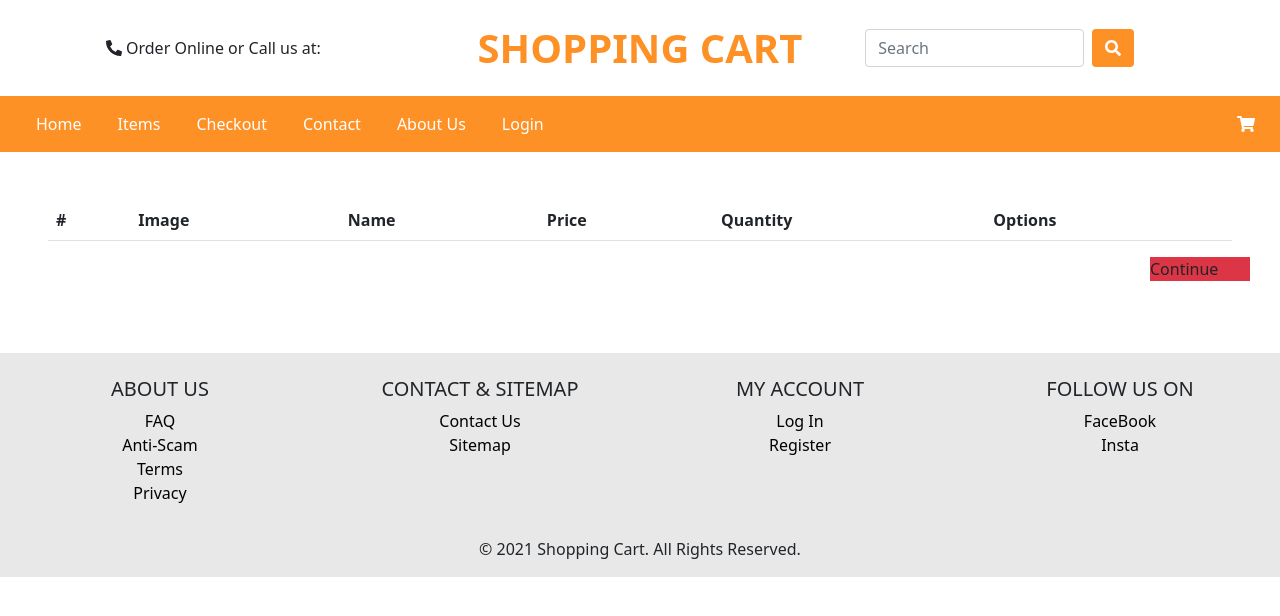
Repository: SaudCh/React-Ecommerce
Page: /cart
An editor plug-in stored every save of this project. The page is shown before and after the next save, followed by the edit.
The browser window is 1280 px wide. The pictures show the whole page.
The project was rebuilt for these pictures with package versions that can differ from the ones it lists, and the page was loaded fresh each time. Also part of the build but not shown: src/App.css, src/Home/Carousel.jsx, src/data/items.js, src/data/discounted.js, src/Home/Card.jsx, src/Home/home.jsx, src/Login/Login.jsx, src/Register/register.jsx and 3 more.

Above is the page before, as saved 2021-12-22 15:28:33.

### src/App.js
import "./App.css";
import Header from "./Header/Header";
import "../node_modules/bootstrap/dist/css/bootstrap.min.css";
import "../node_modules/bootstrap/dist/js/bootstrap.bundle.min";
import Home from "./Home/home";
import { BrowserRouter, Switch, Route } from "react-router-dom";
import Login from "./Login/Login";
import Register from "./Register/register";
import Item from "./Item/item";
import Footer from "./Footer/Footer";
import React, { useState } from "react";
import Cart from "./Cart/Cart";
import CheckOut from "./CheckOut/CheckOut";

function App() {
  const [cart, setCart] = useState([]);
  const cartHandler = (prod) => {
    //console.log(prod);
    setCart((product) => [...product, prod]);
    //console.log(cart);
  };
  const removeCart = (id) => {
    //console.log(id);
    setCart((c) => {
      return c.filter((ca) => ca.id !== id);
    });
  };
  return (
    <BrowserRouter>
      <Header cart={cart} />
      <Switch>
        <Route path="/" exact>
          <Home cartHandler={cartHandler} />
        </Route>
        <Route path="/product/:pid" exact>
          <Item />
        </Route>
        <Route path="/login" exact>
          <Login />
        </Route>
        <Route path="/register" exact>
          <Register />
        </Route>
        <Route path="/cart" exact>
          {/* <Register /> */}
          <Cart cart={cart} removeCart={removeCart} />
        </Route>
        <Route path="/checkout" exact>
          <CheckOut />
        </Route>
      </Switch>
      <Footer />
    </BrowserRouter>
  );
}

export default App;

### src/Header/Header.jsx
import {
  faPhoneAlt,
  faSearch,
  faShoppingCart,
} from "@fortawesome/free-solid-svg-icons";
import { FontAwesomeIcon } from "@fortawesome/react-fontawesome";
import React from "react";
import { Link } from "react-router-dom";
import "./Header.css";

export default function Header(props) {
  return (
    <div>
      <nav className="container-fluid  my-4">
        <div className="row align-items-center">
          <div className="col-12 col-md-4 my-2 my-lg-0 text-center ">
            <p className="m-0 p-0">
              <FontAwesomeIcon icon={faPhoneAlt} /> Order Online or Call us at:{" "}
            </p>
          </div>
          <div className="col-12 col-md-4 my-2 my-lg-0 text-center">
            <p className="m-0 fw-bold h1" style={{ color: "#fe9126" }}>
              SHOPPING CART
            </p>
          </div>
          <div className="col-12 col-md-4 my-2 my-lg-0 text-center">
            <form class="d-flex col-12 col-lg-8">
              <input
                class="form-control me-2"
                type="search"
                placeholder="Search"
                aria-label="Search"
              />
              <button
                class="btn text-white"
                style={{ backgroundColor: "#fe9126" }}
                type="submit"
              >
                <FontAwesomeIcon icon={faSearch} />
              </button>
            </form>
          </div>
        </div>
      </nav>
      <nav
        class="navbar navbar-expand-md navbar-dark"
        style={{ backgroundColor: "#fe9126" }}
      >
        <div class="container-fluid">
          <Link class="navbar-brand" href="#"></Link>

          <button
            class="navbar-toggler"
            type="button"
            data-bs-toggle="collapse"
            data-bs-target="#navbarSupportedContent"
            aria-controls="navbarSupportedContent"
            aria-expanded="false"
            aria-label="Toggle navigation"
          >
            <span class="navbar-toggler-icon"></span>
          </button>
          <div class="collapse navbar-collapse" id="navbarSupportedContent">
            <ul class="navbar-nav me-auto mb-2 mb-lg-0 nav-ul">
              <li class="nav-item">
                <Link class="nav-link  text-white" aria-current="page" to="/">
                  Home
                </Link>
              </li>
              <li class="nav-item">
                <Link class="nav-link  text-white" to="#">
                  Items
                </Link>
              </li>

              <li class="nav-item">
                <Link
                  class="nav-link text-white"
                  to="#"
                  tabindex="-1"
                  aria-disabled="true"
                >
                  Checkout
                </Link>
              </li>
              <li class="nav-item">
                <Link
                  class="nav-link text-white"
                  to="#"
                  tabindex="-1"
                  aria-disabled="true"
                >
                  Contact
                </Link>
              </li>
              <li class="nav-item">
                <Link
                  class="nav-link text-white"
                  to="#"
                  tabindex="-1"
                  aria-disabled="true"
                >
                  About Us
                </Link>
              </li>
              <li class="nav-item">
                <Link
                  class="nav-link text-white"
                  to="/login"
                  tabindex="-1"
                  aria-disabled="true"
                >
                  Login
                </Link>
              </li>
            </ul>
            <Link to="/cart" className="btn text-white">
              <FontAwesomeIcon icon={faShoppingCart} />
              {props.cart.length ? (
                <span
                  className="bg-danger"
                  style={{
                    borderRadius: "50%",
                    position: "absolute",
                    top: 10,
                    right: 10,
                    height: 20,
                    width: 20,
                    display: "flex",
                    alignItems: "center",
                    justifyContent: "center",
                  }}
                >
                  {props.cart.length}
                </span>
              ) : null}
            </Link>
          </div>
        </div>
      </nav>
    </div>
  );
}

### src/Footer/Footer.jsx
import React from "react";
import "./footer.css";

export default function Footer() {
  return (
    <footer
      style={{ backgroundColor: "#e8e8e8" }}
      class="page-footer font-small blue pt-4 mt-5"
    >
      <div class="container-fluid text-center text-md-left">
        <div class="row">
          <div class="col-md-3 mb-md-0 mb-3">
            <h5 class="text-uppercase">ABOUT US</h5>

            <ul class="list-unstyled">
              <li>
                <a href="#!">FAQ</a>
              </li>
              <li>
                <a href="#!">Anti-Scam</a>
              </li>
              <li>
                <a href="#!">Terms</a>
              </li>
              <li>
                <a href="#!">Privacy</a>
              </li>
            </ul>
          </div>
          <div class="col-md-3 mb-md-0 mb-3">
            <h5 class="text-uppercase">CONTACT & SITEMAP</h5>

            <ul class="list-unstyled">
              <li>
                <a href="#!">Contact Us</a>
              </li>
              <li>
                <a href="#!">Sitemap</a>
              </li>
            </ul>
          </div>
          <div class="col-md-3 mb-md-0 mb-3">
            <h5 class="text-uppercase">MY ACCOUNT</h5>

            <ul class="list-unstyled">
              <li>
                <a href="#!">Log In</a>
              </li>
              <li>
                <a href="#!">Register</a>
              </li>
            </ul>
          </div>

          <div class="col-md-3 mb-md-0 mb-3">
            <h5 class="text-uppercase">FOLLOW US ON</h5>

            <ul class="list-unstyled">
              <li>
                <a href="#!">FaceBook</a>
              </li>
              <li>
                <a href="#!">Insta</a>
              </li>
            </ul>
          </div>
        </div>
      </div>

      <div class="footer-copyright text-center py-3">
        © 2021 Shopping Cart. All Rights Reserved.
      </div>
    </footer>
  );
}

### src/Cart/Cart.jsx
import { faTrash } from "@fortawesome/free-solid-svg-icons";
import { FontAwesomeIcon } from "@fortawesome/react-fontawesome";
import React from "react";

export default function Cart(props) {
  return (
    <div className="p-5">
      <table class="table align-middle">
        <thead>
          <tr>
            <th scope="col">#</th>
            <th scope="col">Image</th>
            <th scope="col">Name</th>
            <th scope="col">Price</th>
            <th scope="col">Quantity</th>
            <th scope="col">Options</th>
          </tr>
        </thead>
        <tbody>
          {props.cart.map((e, index) => (
            <tr>
              <th scope="row">{index + 1}</th>
              <td>
                <img src={e.img} width={80} alt="" />
              </td>
              <td>{e.name}</td>
              <td>{e.price}</td>
              <td>
                <div className="d-flex">
                  <p
                    className="bg-danger text-white"
                    style={{ width: 20, paddingLeft: "7px" }}
                  >
                    -
                  </p>
                  <p className="mx-2">1</p>
                  <p
                    className="bg-info text-white"
                    style={{ width: 20, paddingLeft: "5px" }}
                  >
                    +
                  </p>
                </div>
              </td>
              <td>
                <button
                  onClick={() => props.removeCart(e.id)}
                  className="btn btn-danger btn-sm"
                >
                  <FontAwesomeIcon icon={faTrash} />
                </button>
              </td>
            </tr>
          ))}
        </tbody>
      </table>
      <div
        className="bg-danger"
        style={{ position: "absolute", right: "30px", width: "100px" }}
      >
        Continue
      </div>
    </div>
  );
}

### src/Header/Header.css
.nav-ul li {
  margin-right: 20px;
}

### src/Footer/footer.css
* {
  margin: 0;
  padding: 0;
}
.links {
  color: black;
  text-decoration: none;
}
.links:hover {
  color: black;
}

footer a {
  color: black;
  text-decoration: none;
}
footer a:hover {
  color: black;
}

Loaded but not shown: public/index.html (common file); src/index.js (common file); src/reportWebVitals.js (common file)

After the next save:
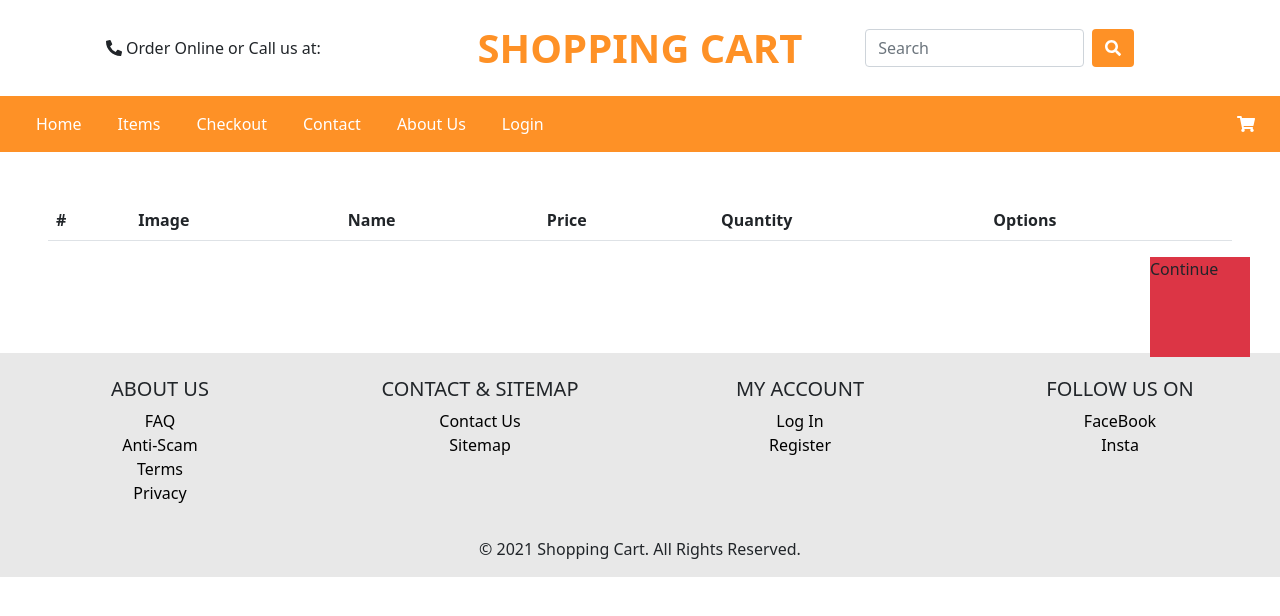
Saved 12 s later.
--- a/src/Cart/Cart.jsx
+++ b/src/Cart/Cart.jsx
@@ -56,7 +56,12 @@ export default function Cart(props) {
       </table>
       <div
         className="bg-danger"
-        style={{ position: "absolute", right: "30px", width: "100px" }}
+        style={{
+          position: "absolute",
+          right: "30px",
+          width: "100px",
+          height: 100,
+        }}
       >
         Continue
       </div>
